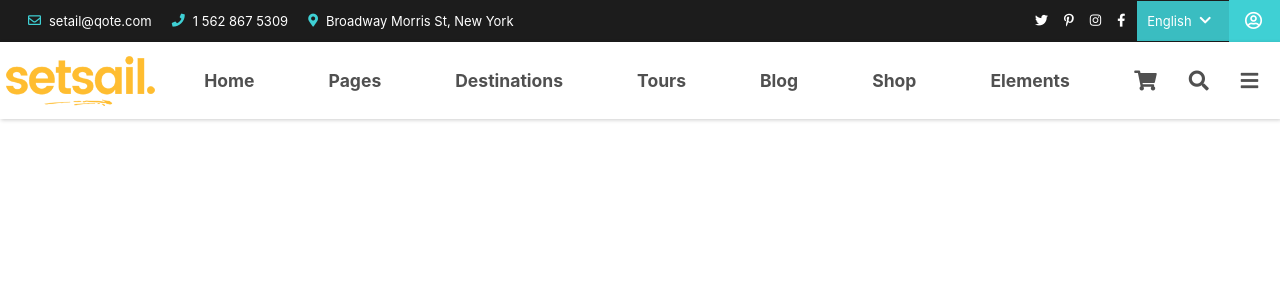
Repository: Hunga9k50doker/Setail
Page: /
An editor plug-in stored every save of this project. The page is shown before and after the next save, followed by the edit.
The browser window is 1280 px wide. The pictures show the whole page.
The project was rebuilt for these pictures with package versions that can differ from the ones it lists, and the page was loaded fresh each time.

Above is the page before, as saved 2021-10-21 12:20:11.

### public/index.html
<!DOCTYPE html>
<html lang="en">

<head>
  <meta charset="utf-8" />
  <link rel="icon" href="%PUBLIC_URL%/favicon.ico" />
  <meta name="viewport" content="width=device-width, initial-scale=1" />
  <meta name="theme-color" content="#000000" />
  <meta name="description" content="Web site created using create-react-app" />
  <link rel="stylesheet" href="./font/fontawesome-free-5.15.3-web/css/all.min.css">
  <link rel="apple-touch-icon" href="%PUBLIC_URL%/logo192.png" />
  <!--
      manifest.json provides metadata used when your web app is installed on a
      user's mobile device or desktop. See https://developers.google.com/web/fundamentals/web-app-manifest/
    -->
  <link rel="manifest" href="%PUBLIC_URL%/manifest.json" />
  <!--
      Notice the use of %PUBLIC_URL% in the tags above.
      It will be replaced with the URL of the `public` folder during the build.
      Only files inside the `public` folder can be referenced from the HTML.

      Unlike "/favicon.ico" or "favicon.ico", "%PUBLIC_URL%/favicon.ico" will
      work correctly both with client-side routing and a non-root public URL.
      Learn how to configure a non-root public URL by running `npm run build`.
    -->
  <title>React App</title>
</head>

<body>
  <noscript>You need to enable JavaScript to run this app.</noscript>
  <div id="root">

  </div>
  <script type="text/babel">
  </script>
  <!--
      This HTML file is a template.
      If you open it directly in the browser, you will see an empty page.

      You can add webfonts, meta tags, or analytics to this file.
      The build step will place the bundled scripts into the <body> tag.

      To begin the development, run `npm start` or `yarn start`.
      To create a production bundle, use `npm run build` or `yarn build`.
    -->
</body>

</html>

### src/index.js
import React from "react";
import ReactDOM from "react-dom";
import App from "./views/App.js";
import reportWebVitals from "./reportWebVitals";
import "./styles/global.scss";
// import socialNetworks from '../src/components/socialNetworks'

ReactDOM.render(
  <React.StrictMode>
    <App />
  </React.StrictMode>,
  document.getElementById("root")
);

// If you want to start measuring performance in your app, pass a function
// to log results (for example: reportWebVitals(console.log))
// or send to an analytics endpoint. Learn more: https://bit.ly/CRA-vitals
reportWebVitals();

### src/views/App.js
import './App.scss';
import NavOnTop from '../components/NavOnTop/NavOnTop';
import Nav from '../components/Navigation/Nav';

function App() {

  return (
    <div className="App">
      <NavOnTop />
      <Nav />
    </div>
  );
}

export default App;

### src/styles/global.scss
@import './variables';

* {
  margin: 0;
  padding: 0;
  box-sizing: border-box;
}

body {
  margin: 0;
  font-family: -apple-system, BlinkMacSystemFont, "Segoe UI", "Roboto", "Oxygen",
    "Ubuntu", "Cantarell", "Fira Sans", "Droid Sans", "Helvetica Neue",
    sans-serif;
  -webkit-font-smoothing: antialiased;
  -moz-osx-font-smoothing: grayscale;
}

code {
  font-family: source-code-pro, Menlo, Monaco, Consolas, "Courier New",
    monospace;
}

ul,
li {
  display: inline-block;
  list-style: none;
  padding-left: 0;
}

a {
  text-decoration: none;
  display: inline-block;
  color: #505050;
}

.bridge {
  content: "";
  position: absolute;
  top: -4px;
  left: 50%;
  transform: translate(-50%, 0);
  width: 100%;
  height: 8px;
}

.hover-slide-below {
  content: " ";
  width: 100%;
  height: 4px;
  background: $bg-color--hover;
  position: absolute;
  bottom: -8px;
  left: 0;
  border-radius: 8px;
  transform: scaleX(0);
  transform-origin: center left;
  transition: all 0.3s ease;
}

### src/views/App.scss
.App {
  text-align: center;
  background: #999;
}

### src/components/NavOnTop/NavOnTop.js
// import { render } from "@testing-library/react";
import './NavOnTop.scss';

const NavOnTop = () => {
  return (
    <div className="nav__onTop">
      <ul className="nav__onTop-leftInner">
        <li className="nav__onTop-leftInner-item">
          <i className="far fa-envelope"></i>
          <p className="nav__onTop-leftInner-item-text">setail@qote.com</p>
        </li>
        <li className="nav__onTop-leftInner-item">
          <i className="fas fa-phone"></i>
          <p className="nav__onTop-leftInner-item-text">1 562 867 5309</p>
        </li>
        <li className="nav__onTop-leftInner-item">
          <i className="fas fa-map-marker-alt"></i>
          <p className="nav__onTop-leftInner-item-text">
            Broadway Morris St, New York
          </p>
        </li>
      </ul>
      <ul className="nav__onTop-rightInner">
        <li className="nav__onTop-rightInner-item nav__onTop-rightInner-item-socialNetwork">
          <i className=" fab fa-twitter"></i>
        </li>
        <li className="nav__onTop-rightInner-item nav__onTop-rightInner-item-socialNetwork">
          <i className=" fab fa-pinterest-p"></i>
        </li>
        <li className="nav__onTop-rightInner-item nav__onTop-rightInner-item-socialNetwork">
          <i className=" fab fa-instagram"></i>
        </li>
        <li className="nav__onTop-rightInner-item nav__onTop-rightInner-item-socialNetwork">
          <i className=" fab fa-facebook-f"></i>
        </li>
        <li className="nav__onTop-rightInner-item nav__onTop-rightInner-item-toggleLang">
            <p>English</p>
            <i className="fas fa-chevron-down"></i>
          <div className="nav__onTop-rightInner-item-langs">
            <a href="#" className="nav__onTop-rightInner-item-lang">
              VietNam
            </a>
            <a href="#" className="nav__onTop-rightInner-item-lang">
              France
            </a>
            <a href="#" className="nav__onTop-rightInner-item-lang">
              German
            </a>
          </div>
        </li>
        <li className="nav__onTop-rightInner-item nav__onTop-rightInner-account">
          <i className="far fa-user-circle"></i>
        </li>
      </ul>
    </div>
  );
};

export default NavOnTop;

### src/components/Navigation/Nav.js
import "./Nav.scss";

const Nav = () => {
  return (
    <div className="nav">
      <img src="./logo/logo-footer.png" alt="Not found" className="nav__logo" />
      <ul className="nav__list">
        <li className="nav__list-item nav__list-item-Home">
          <h3 className="nav__list-item-title">Home</h3>
          <div className="nav__list-item-selections">
            <a href="#" className="nav__list-item-selection">
              <p>Travel Agency</p>
            </a>
            <a href="#" className="nav__list-item-selection">
              <p>Winters Holidays</p>
            </a>
            <a href="#" className="nav__list-item-selection">
              <p>Exotic Destinations</p>
            </a>
          </div>
        </li>
        <li className="nav__list-item nav__list-item-Pages">
          <h3 className="nav__list-item-title">Pages</h3>
          <div className="nav__list-item-selections">
            <a href="#" className="nav__list-item-selection">
              <p>About Us</p>
            </a>
            <a href="#" className="nav__list-item-selection">
              <p>What We Offer</p>
            </a>
            <a href="#" className="nav__list-item-selection">
              <p>Our Team</p>
            </a>
          </div>
        </li>
        <li className="nav__list-item nav__list-item-Destinations">
          <h3 className="nav__list-item-title">Destinations</h3>
          <div className="nav__list-item-selections">
            <a href="#" className="nav__list-item-selection">
              <p>Destination List</p>
            </a>
            <a href="#" className="nav__list-item-selection">
              <p>Destination Slider</p>
            </a>
            <a href="#" className="nav__list-item-selection">
              <p>Destination Item</p>
            </a>
          </div>
        </li>
        <li className="nav__list-item nav__list-item-Tours">
          <h3 className="nav__list-item-title">Tours</h3>
          <div className="nav__list-item-selections">
            <a href="#" className="nav__list-item-selection">
              <p>Standard List</p>
            </a>
            <a href="#" className="nav__list-item-selection">
              <p>Gallery List</p>
            </a>
            <a href="#" className="nav__list-item-selection">
              <p>Split List</p>
            </a>
          </div>
        </li>
        <li className="nav__list-item nav__list-item-Blog">
          <h3 className="nav__list-item-title">Blog</h3>
          <div className="nav__list-item-selections">
            <a href="#" className="nav__list-item-selection">
              <p>Blog Masonry</p>
            </a>
            <div className="nav__list-item-selection">
              <p>Blog Standard</p>
              <i className="fas fa-chevron-right"></i>
              <ul className="sub-menu ">
                <li className="sub-menu-item">
                  <a href="#">Right Sidebar</a>
                </li>
                <li className="sub-menu-item">
                  <a href="#">Left Sidebar</a>
                </li>
                <li className="sub-menu-item">
                  <a href="#">Without Sidebar</a>
                </li>
              </ul>
            </div>
            <div className="nav__list-item-selection">
              <p>Blog Types</p>
              <i className="fas fa-chevron-right"></i>
              <ul className="sub-menu ">
                <li className="sub-menu-item">
                  <a href="#">Standard </a>
                </li>
                <li className="sub-menu-item">
                  <a href="#">Gallery </a>
                </li>
                <li className="sub-menu-item">
                  <a href="#">Link</a>
                </li>
              </ul>
            </div>
          </div>
        </li>
        <li className="nav__list-item nav__list-item-Shop">
          <h3 className="nav__list-item-title">Shop</h3>
          <div className="nav__list-item-selections">
            <a href="#" className="nav__list-item-selection">
              <p>Product List</p>
            </a>
            <a href="#" className="nav__list-item-selection">
              <p>Product Single</p>
            </a>
            <div className="nav__list-item-selection">
              <p>Shop Layout</p>
              <i className="fas fa-chevron-right"></i>
              <ul className="sub-menu">
                <li className="sub-menu-item">
                  <a href="#">Three Columns </a>
                </li>
                <li className="sub-menu-item">
                  <a href="#">Four Columns </a>
                </li>
                <li className="sub-menu-item">
                  <a href="#">Full Width</a>
                </li>
              </ul>
            </div>
          </div>
        </li>
        <li className="nav__list-item nav__list-item-Elements">
          <h3 className="nav__list-item-title">Elements</h3>
          <div className="nav__list-item-selections">
            <ul className="nav__list-item-selection sub-category">
              <li className="sub-category-item">Featured</li>
              <li className="sub-category-item">
                <a href="#">Tour List</a>
              </li>
              <li className="sub-category-item">
                <a href="#">Tour Carousel</a>
              </li>
              <li className="sub-category-item">
                <a href="#">Tour Filter</a>
              </li>
            </ul>
            <ul className="nav__list-item-selection sub-category">
              <li className="sub-category-item">Presentation</li>
              <li className="sub-category-item">
                <a href="#">Team</a>
              </li>
              <li className="sub-category-item">
                <a href="#">Blog List</a>
              </li>
              <li className="sub-category-item">
                <a href="#">Shop List</a>
              </li>
            </ul>
            <ul className="nav__list-item-selection sub-category">
              <li className="sub-category-item">ClassNameic</li>
              <li className="sub-category-item">
                <a href="#">Accordions</a>
              </li>
              <li className="sub-category-item">
                <a href="#">Tabs</a>
              </li>
              <li className="sub-category-item">
                <a href="#">Buttons</a>
              </li>
            </ul>
            <ul className="nav__list-item-selection sub-category">
              <li className="sub-category-item">Typography</li>
              <li className="sub-category-item">
                <a href="#">Headings</a>
              </li>
              <li className="sub-category-item">
                <a href="#">Columns</a>
              </li>
              <li className="sub-category-item">
                <a href="#">Section Title</a>
              </li>
            </ul>
          </div>
        </li>
      </ul>
      <ul className="nav__innerRight">
        <li className="nav__innerRight-item nav__innerRight-item-cart">
          <i className="fas fa-shopping-cart"></i>
          <div className="cart-category">
            <p>No products in the cart.</p>
            <img className="no-cart-img" src="./img/th.jpg" alt="Not found" />
          </div>
        </li>
        <li className="nav__innerRight-item nav__innerRight-item-search">
          <i className="fas fa-search"></i>

        </li>
        <li className="nav__innerRight-item nav__innerRight-item-category">
          <i className="fas fa-bars"></i>
        </li>
      </ul>
    </div>
  );
};

export default Nav;

### src/styles/_variables.scss


$primary-color:#3fd0d4;
$bg-color--hover:#3abdc1;
$text-color: #505050;
$white-color:#fff;

### src/components/NavOnTop/NavOnTop.scss
@import '../../styles/variables';

.nav__onTop {
  display: flex;
  align-items: center;
  justify-content: space-between;
  padding: 0 0 0 18px;
  background: #1c1c1c;
  color: #fff;
  &-leftInner,
  &-rightInner {
    display: flex;
    align-items: center;
    &-item {
      display: flex;
      align-items: center;
      justify-content: center;
      font-size: 13px;
      padding: 0 10px;
      cursor: pointer;
      &:hover {
        color: $primary-color;
      }
      i {
        margin-right: 8px;
      }

      &-langs {
        // display: none;
        transition: all 0.3s ease;
                position: absolute;
       bottom: calc( -100% - 54px);
       left: 0;
       right: 0;
      z-index: -1;
      transform: translateY(-200%);
      opacity: 0;
    }
    &-lang{
        padding:6px 10px;
        display:flex;
        align-items:center;
        justify-content: center;
        flex-direction: column;
        background: $primary-color;
        color:#fff;
        &:hover{
            background: $bg-color--hover;
        }
        &:last-child{
            padding-bottom: 12px;
        }

        &:first-child{
            position: relative;
            &:after{
                content: " ";
                position: absolute;
                width: 100%;
                height: 8px;
                top: -4px;
            }
        }
    }
    }



    &-item-socialNetwork {
      padding-left: 4px;
      padding-right: 4px;
    }
    &-item-toggleLang {
    position: relative;
      background: $bg-color--hover;
      display: flex;
      align-items: center;
      height: 100%;
      margin: 0;
      padding: 12px 10px;
      justify-content: space-around;
      p {
        display: inline-block;
        margin-right: 8px;
      }
    }
    &-item-toggleLang:hover .nav__onTop-rightInner-item-langs{
       transform: translateY(0);
       opacity: 1;
        z-index: 5;

    }

    &-account {
      background: $primary-color;
      padding:12px 10px 12px 16px;
      display: flex;
      align-items: center;
      justify-content: center;
      i {
        display: inline-block;
        font-size: 1.1rem;
      }
      &:hover{
          color: #999;
          background: $bg-color--hover;
      }
    }
  }
   &-leftInner {
      i {
        color: $primary-color;
      }
    }
}


// ============Animation=====================

### src/components/Navigation/Nav.scss
@import "../../styles/variables";
@import "../../styles/global.scss";

.nav {
  position: fixed;
  left: 0;
  right: 0;
  top: 42px;
  z-index: 5;
  transition: all 0.3s ease;
  display: flex;
  align-items: center;
  justify-content: space-around;
  box-shadow:1px 1px 4px rgba(0, 0, 0, 0.2);
  &__logo {
    cursor: pointer;
    width: 150px;
    height: 50px;
    font-size: 14px;
  }

  &__list {
    display: flex;
    align-items: center;
    justify-content: center;
    &-item {
      position: relative;
      transition: all 0.5s ease;
      padding: 28px 37px;
      font-size: 15px;
      cursor: pointer;
      color: $text-color;
      &:hover {
        color: $primary-color;
      }

      &-title {
        position: relative;
        font-weight: 700;

        &:after {
          @extend .hover-slide-below;
        }
        &:hover:after {
          transform: scaleX(1);
          transform-origin: left center;
        }
      }
      &-selections {
        transition: all 0.3s ease;
        text-align: left;
        flex-direction: column;
        position: absolute;
        border-radius: 2px;
        top: 82px;
        left: 0;
        width: calc(150% + 50px);
        box-shadow: 0px 0px 5px rgba(0, 0, 0, 0.2);
        transform: scaleY(0);
        transform-origin: center top;

        &:before {
          @extend .bridge;
        }
      }

      &:hover &-selections {
        transform: scaleY(1);
        transform-origin: top center;
      }
      &-selection {
        position: relative;
        display: block;
        padding: 5px 25px 6px 32px;
        font-size: 15px;
        color: $text-color;
        font-weight: 500;
        p {
          position: relative;
          display: inline-block;
          width: fit-content;
          &:after {
            @extend .hover-slide-below;
            height: 3px;
          }
        }
        &:hover {
          color: $primary-color;

          .sub-menu {
            display: flex;
            transform:scaleX(1);
            transform-origin: left center;
            opacity: 1;
          }
        }
        &:hover p:after {
          transform: scaleX(1);
          transform-origin: left center;

        }
        &:first-child {
          padding-top: 34px;
        }
        &:last-child {
          margin-bottom: 34px;
        }

        .sub-menu {
          position: absolute;
          top: 0;
          z-index: -1;
          left: 100%;
          align-items: flex-start;
          float: left;
          flex-direction: column;
          box-shadow: 1px 1px 4px rgba(0, 0, 0, 0.2);
          width: 100%;
          padding: 28px 0 28px 0;
          transform: scaleX(0);
          opacity:0;
          transform-origin: center left;
          transition: all 0.3s ease;
          &-item {
            width: 100%;
            padding: 5px 37px 6px 37px;
            color: $text-color;
            a {
              position: relative;
              display: inline-block;
              width: fit-content;
              &:after {
                @extend .hover-slide-below;
                height: 2px;
              }
            }
            &:hover a {
              color: $primary-color;
            }
            &:hover a:after {
              transform: scaleX(1);
              transform-origin: left center;
            }
          }
        }
      }

      &:nth-child(5)  &-selection,
      &:nth-child(6) &-selection {
        display: flex;
        align-items: center;
        justify-content: space-between;
      }

      &:nth-child(7) .sub-category {
        display: flex;
        align-items: flex-start;
        flex-direction: column;
        padding: 10px 20px;
        flex: 1;
        &-item {
          position: relative;
          padding: 7px 37px;
          &:first-child {
            color: $primary-color;
            font-size: 16px;
            font-weight: 700;
            margin-bottom: 20px;
          }
          a {
            position: relative;
            width: fit-content;
            &:after {
              @extend .hover-slide-below;
              height: 3px;
            }
          }

          &:hover a {
            color: $primary-color;
          }

          &:hover a:after {
            transform: scaleX(1);
            transform-origin: left center;
          }
        }
      }
    }

    &-item:nth-child(7) &-item-selections {
      display: flex;
      position: fixed;
      top: 120px;
      left: 0;
      width: 100vw;
      flex-direction: row;
      padding: 37px 50px;
    }
  }

  &__innerRight {
    display: flex;
    align-items: center;
    justify-content: center;
    &-item {
      position: relative;
      transition: all 0.5s ease;
      cursor: pointer;
      margin: 0 16px;
      font-size: 20px;
      color: $text-color;
      z-index: 2;
      transform: scale(1);
       &:hover {
        transform: scale(1.2);
        color: $bg-color--hover;
      }
      &-cart{
        position: relative;
        .cart-category{
          position: absolute;
          top: 50px;
          right: 0;
          width: 300px;
          min-height: 300px;
          box-shadow: 1px 1px 4px rgba(0, 0, 0, 0.2);
          text-align: center;
          transform: scaleY(0);
          transform-origin: top left;
          transition: all 0.3s ease;
          border-radius: 4px;
          &::after{
            @extend .bridge;
            height:50px;
            top:-25px;
          }
          p{
            display: inline-block;
            margin-top: 40px;
            color: $text-color;
          }
          .no-cart-img{
            width: 50%;
            height:50%;
            display:inline-block;
            margin:auto;
          }
        }
        &:hover .cart-category{
          transform: scaleY(1);
          transform-origin: left top;
        }
      }

    }
  }
}

Loaded but not shown: src/reportWebVitals.js (common file); public/font/fontawesome-free-5.15.3-web/css/all.min.css (library)

After the next save:
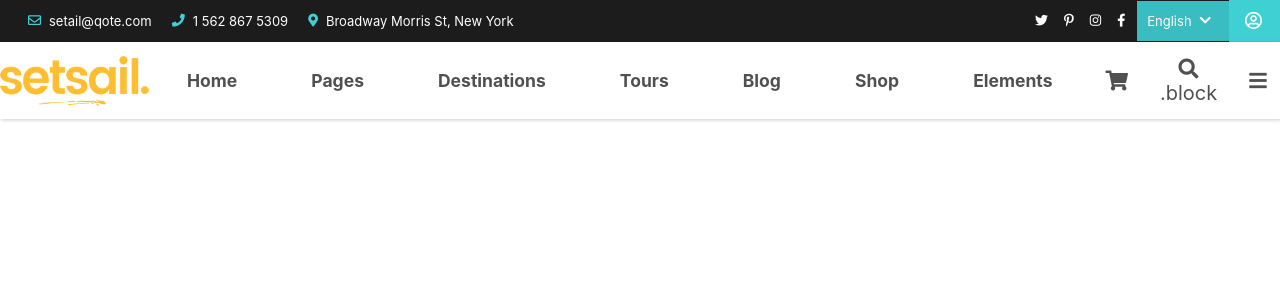
Saved 42 s later.
--- a/src/components/Navigation/Nav.js
+++ b/src/components/Navigation/Nav.js
@@ -189,7 +189,7 @@ const Nav = () => {
         </li>
         <li className="nav__innerRight-item nav__innerRight-item-search">
           <i className="fas fa-search"></i>
-
+          .block
         </li>
         <li className="nav__innerRight-item nav__innerRight-item-category">
           <i className="fas fa-bars"></i>
